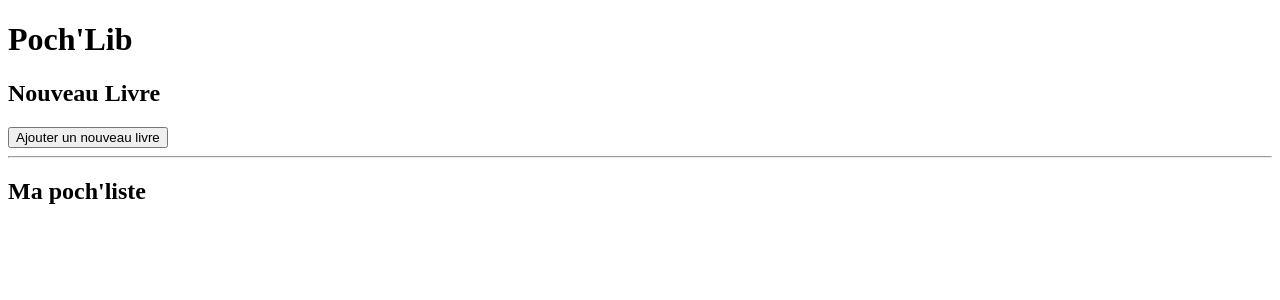
Repository: Cadigrace/pochlib
Page: index.html
The author's editor kept a copy of each file at every save. The page is drawn from the files as they stood at one save, then again after the next save.
The browser window is 1280 px wide. The pictures show the whole page.

Above is the page before, as saved 2023-03-11 09:54:08.

### index.html
<!DOCTYPE html>
<html lang="fr">
	<head>
		<title>Poch'Lib</title>
		<meta charset="utf-8" />
		<meta name="viewport" content="width=device-width, initial-scale=1">
  	</head>
  	<body>
		<div id="myBooks">
			<h1 class="title">Poch'Lib</h1>
			<h2 class="h2">Nouveau Livre</h2>
			<hr>
			<div id="content">
				<h2>Ma poch'liste</h2>
			</div>
		</div>
  	</body>

		<script src="./js/jquery-3.6.4.min.js"></script>
		<script src="./js/application.js" ></script>
</html>

### js/application.js

function createAddButton() {
  var addButton = $('<button id="addButton" type="button">Ajouter un nouveau livre</button>');
  $('.h2').after(addButton);
  addButton.click(function() {
    showSearchForm();
  })
}

function showSearchForm() {
  $('#addButton').hide();

  var form = $('\
    <div> \
      <label for="title">Titre du livre</label> \
      <input type="text" name="title"> \
    </div> \
    <div> \
      <label for="author">Auteur</label> \
      <input type="text" name="author"> \
    </div> \
  ')

  $('.h2').after(form);
}

$(function() {

  // Creer le bouton Ajout
  createAddButton();

});

Loaded but not shown: js/jquery-3.6.4.min.js (library)

After the next save:
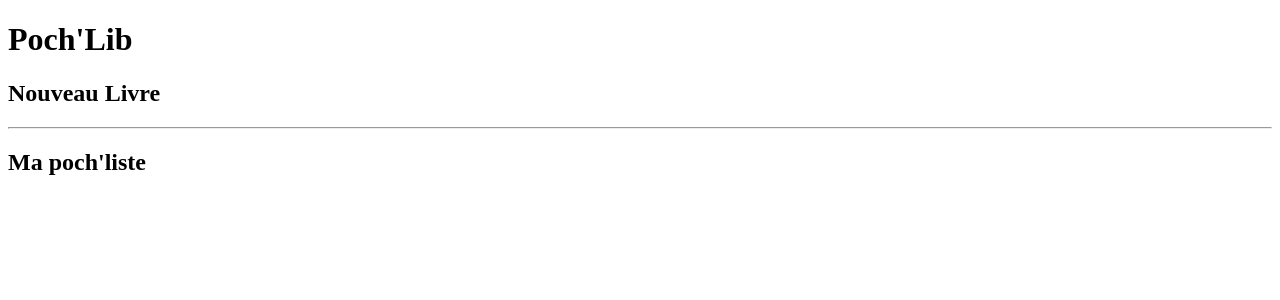
Console error: SyntaxError: Invalid or unexpected token
Saved 41 s later.
--- a/js/application.js
+++ b/js/application.js
@@ -19,6 +19,7 @@
       <label for="author">Auteur</label> \
       <input type="text" name="author"> \
     </div> \
+    <button id="searchButton" type="button">Ajouter un nouveau livre</button>
   ')
 
   $('.h2').after(form);

After the 3 saves that followed:
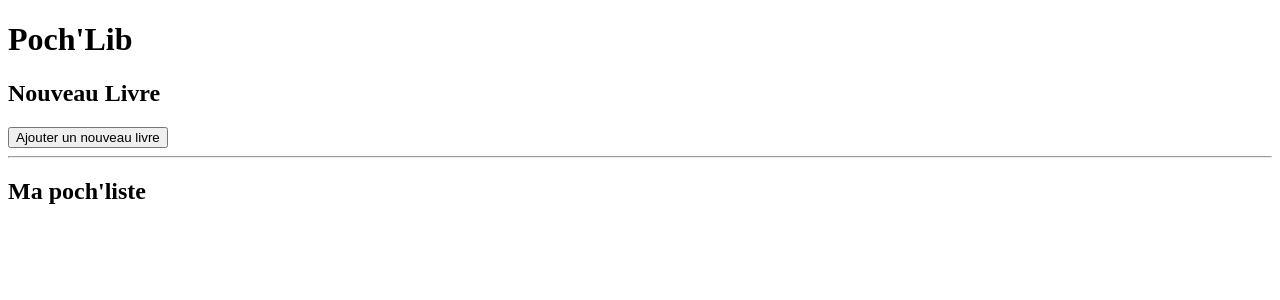
The error is gone.
The 3 saves are shown as one change because 1 left the picture as it was and some came seconds apart.
The last was saved 19 s later.
--- a/js/application.js
+++ b/js/application.js
@@ -19,7 +19,8 @@
       <label for="author">Auteur</label> \
       <input type="text" name="author"> \
     </div> \
-    <button id="searchButton" type="button">Ajouter un nouveau livre</button>
+    <button id="searchButton" type="button">Rechercher</button> \
+    <button id="cancelButton" type="button">Annuler</button> \
   ')
 
   $('.h2').after(form);
